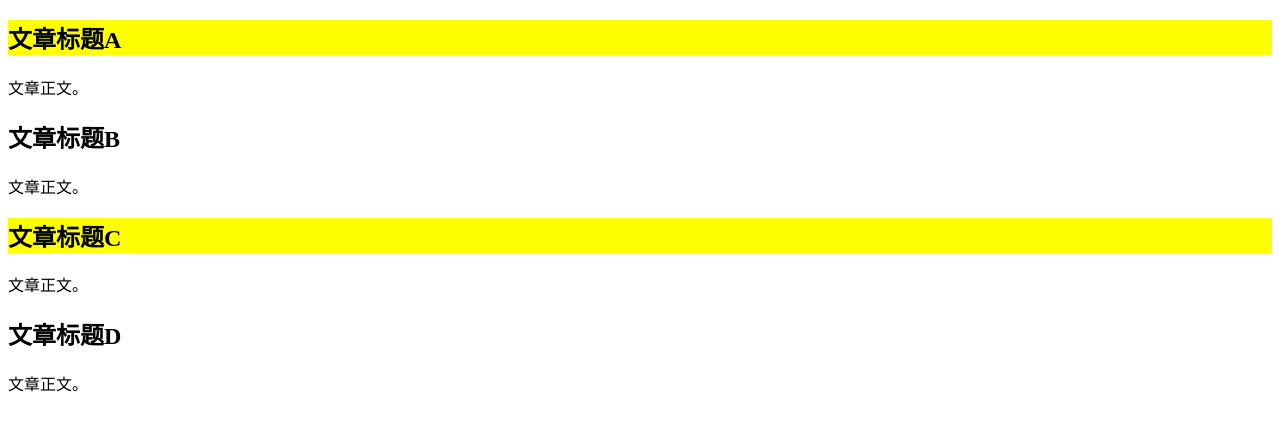
Repository: zdsherlock/HtmlCssLearn
Page: CSS/test-attSelect/index4.html
The author's editor kept a copy of each file at every save. The page is drawn from the files as they stood at one save, then again after the next save.
The browser window is 1280 px wide. The pictures show the whole page.

Above is the page before, as saved 2021-05-07 20:17:26.

After the next save:
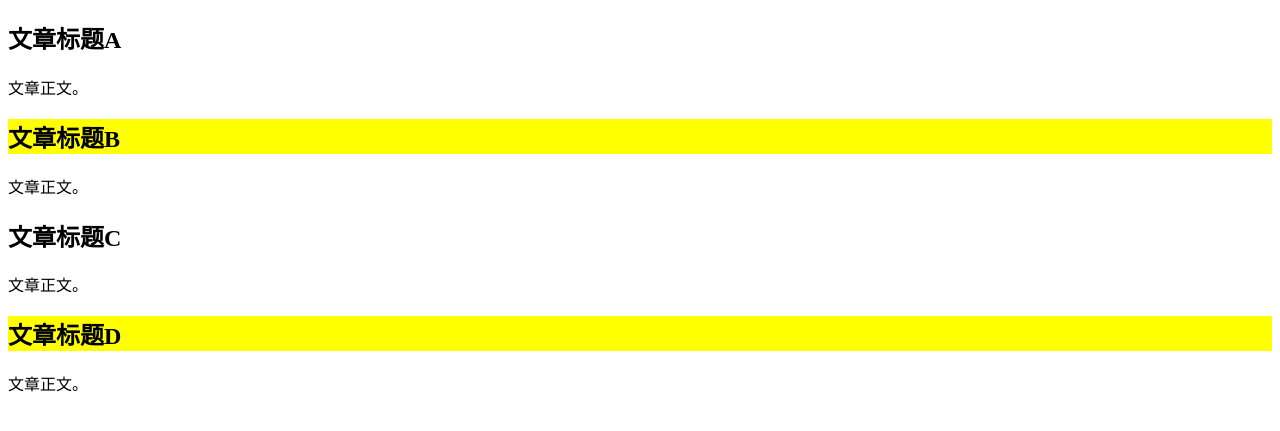
Saved 22 s later.
--- a/CSS/test-attSelect/index4.html
+++ b/CSS/test-attSelect/index4.html
@@ -6,7 +6,7 @@
     <meta name="viewport" content="width=device-width, initial-scale=1.0">
     <title>Document</title>
     <style>
-        h2:nth-of-type(odd){
+        h2:nth-of-type(even){
             background-color: yellow;
         }
     </style>

After the save that followed:
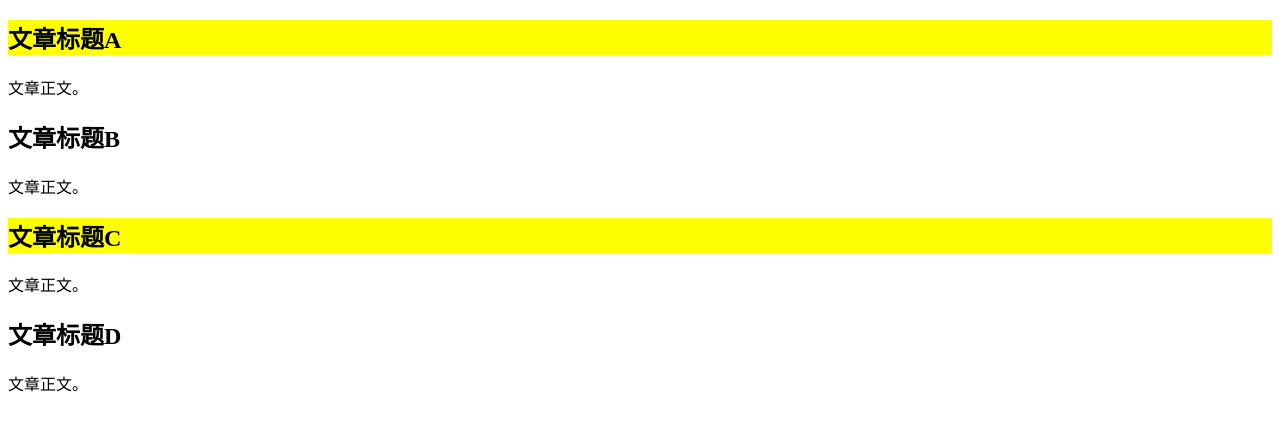
Saved 41 s later.
--- a/CSS/test-attSelect/index4.html
+++ b/CSS/test-attSelect/index4.html
@@ -6,7 +6,7 @@
     <meta name="viewport" content="width=device-width, initial-scale=1.0">
     <title>Document</title>
     <style>
-        h2:nth-of-type(even){
+        h2:nth-of-type(odd){
             background-color: yellow;
         }
     </style>
